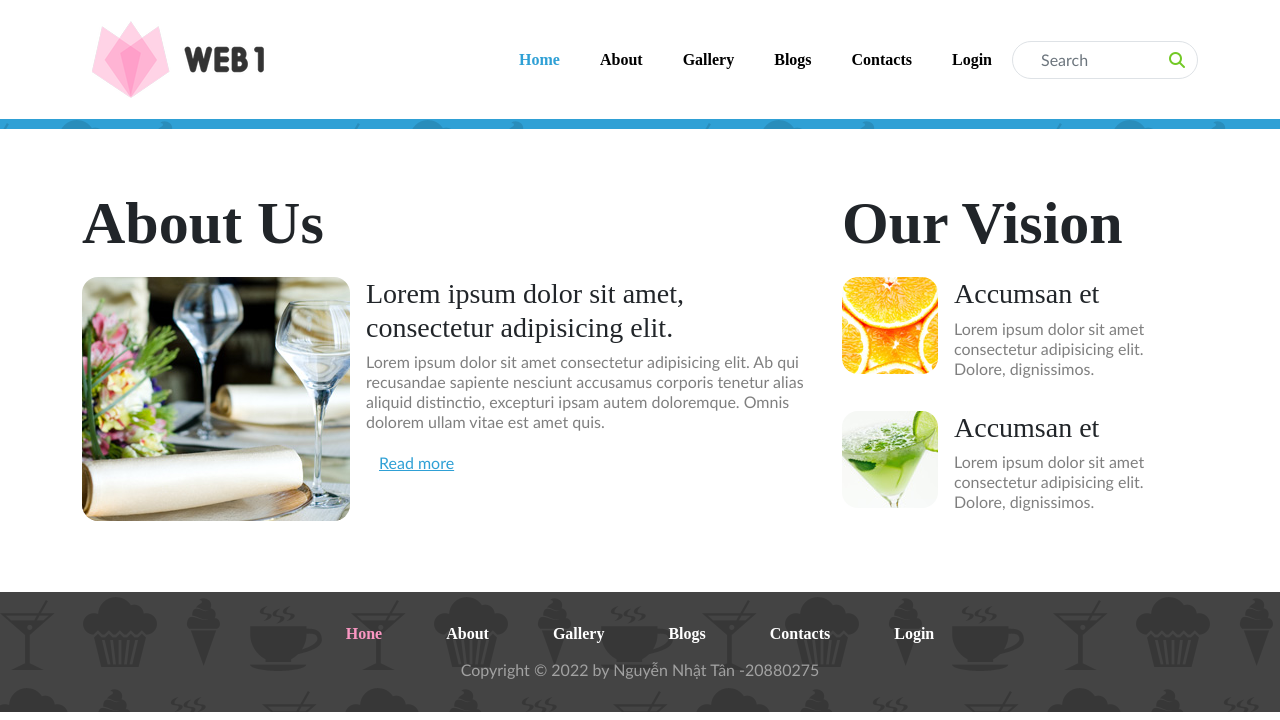
Repository: carembanhkem/web1-20880275
Page: about.html
An editor plug-in stored every save of this project. The page is shown before and after the next save, followed by the edit.
The browser window is 1280 px wide. The pictures show the whole page.
Some web fonts or font styles are not loaded; a fallback is used. Some web libraries are served in a nearby version.

Above is the page before, as saved 2023-02-06 11:27:41.
Console error: ReferenceError: bootstrap is not defined

After the next save:
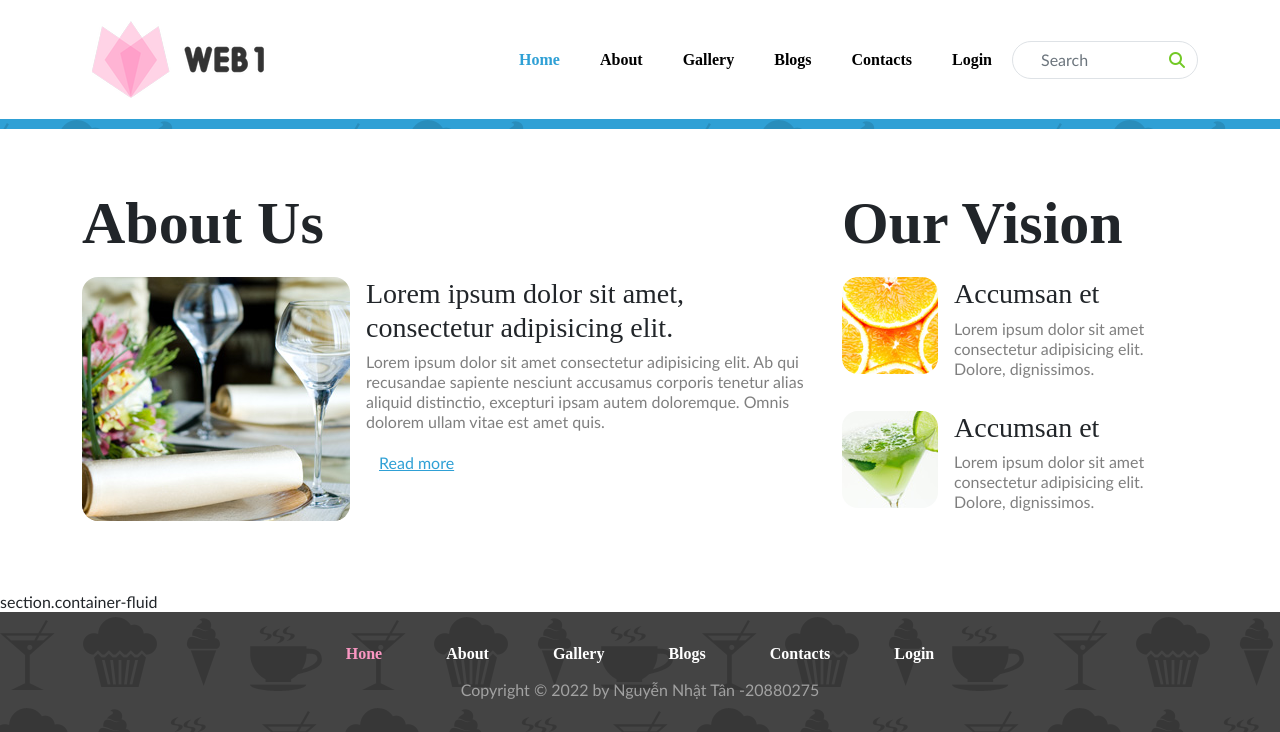
Saved 7 s later.
--- a/about.html
+++ b/about.html
@@ -88,7 +88,7 @@
         </div>
     </section>
 
-
+    section.container-fluid
 
     <!-- Footer -->
     <footer class="text-center container-fluid text-white py-3">

After the 3 saves that followed:
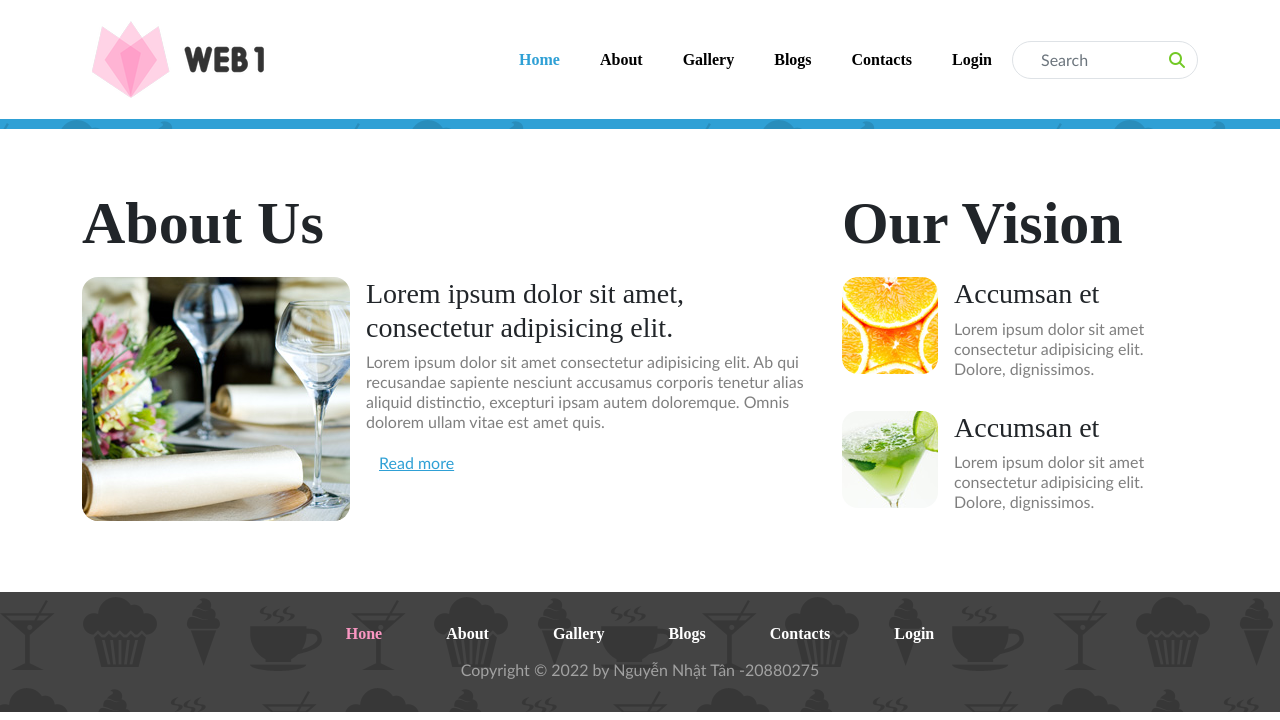
The 3 saves are shown as one change because they came seconds apart.
The last was saved 8 s later.
--- a/about.html
+++ b/about.html
@@ -88,7 +88,9 @@
         </div>
     </section>
 
-    section.container-fluid
+    <section class="container-fluid" id="testimonials">
+
+    </section>
 
     <!-- Footer -->
     <footer class="text-center container-fluid text-white py-3">
